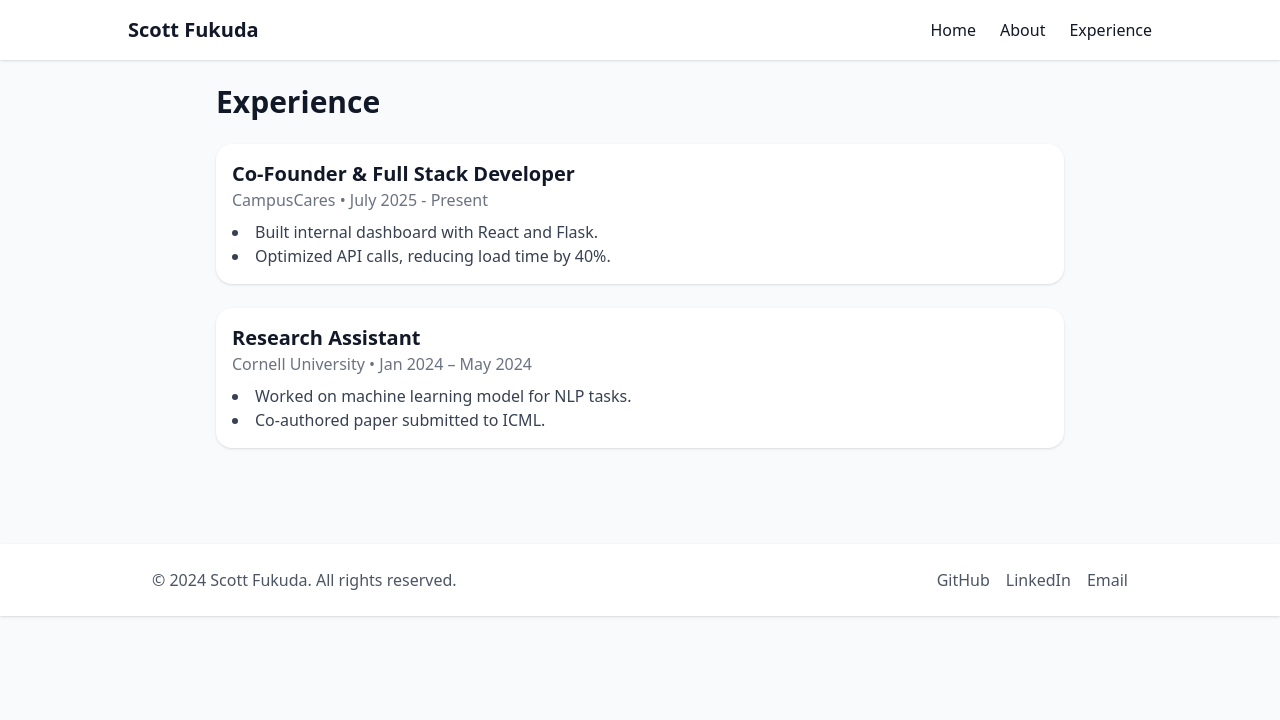
Repository: Scott-Fukuda/personalWebsite
Page: /experience
The author's editor kept a copy of each file at every save. The page is drawn from the files as they stood at one save, then again after the next save.
The browser window is 1280 px wide. The pictures show the whole page.
The project was rebuilt for these pictures with package versions that can differ from the ones it lists, and the page was loaded fresh each time. Also part of the build but not shown: vite.config.js, src/components/ProjectCard.jsx, src/data/projects.jsx, src/pages/Home.jsx, src/pages/About.jsx.

Above is the page before, as saved 2025-08-27 17:11:00.

After the next save:
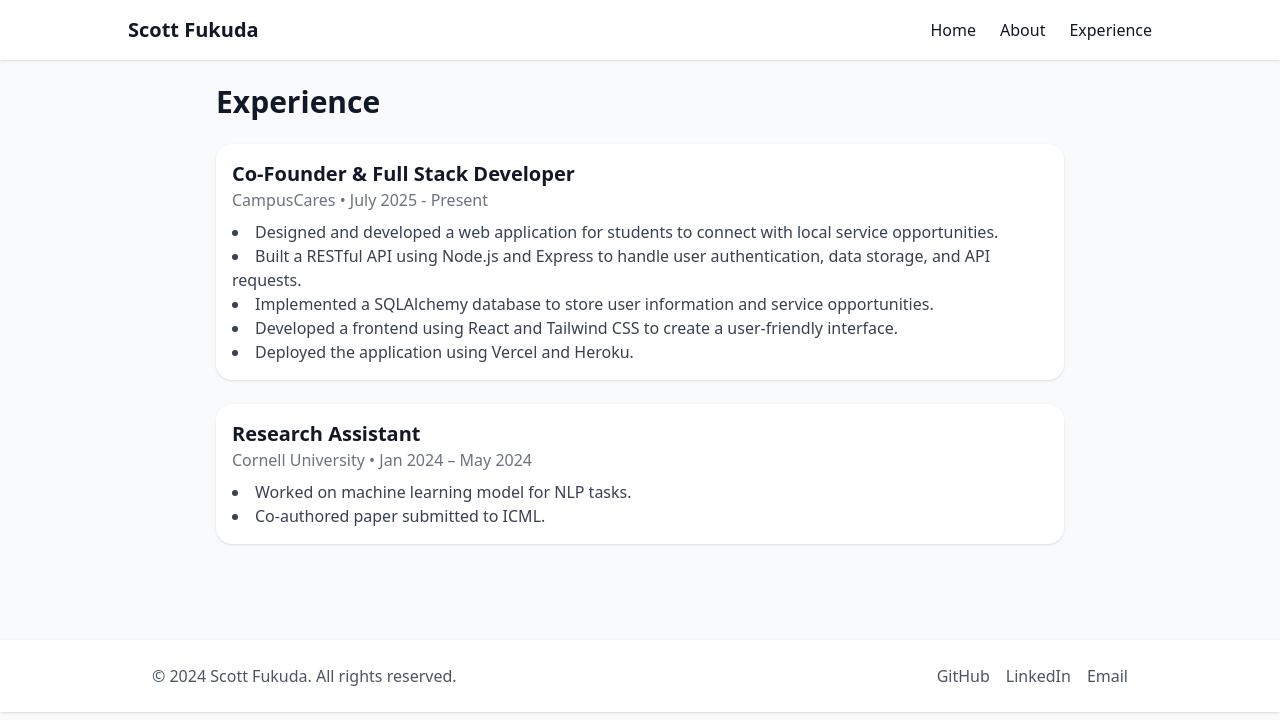
Saved 41 s later.
--- a/src/data/experiences.js
+++ b/src/data/experiences.js
@@ -4,8 +4,11 @@ export const experiences = [
     company: "CampusCares",
     duration: "July 2025 - Present",
     description: [
-      "Built internal dashboard with React and Flask.",
-      "Optimized API calls, reducing load time by 40%.",
+      "Designed and developed a web application for students to connect with local service opportunities.",
+      "Built a RESTful API using Node.js and Express to handle user authentication, data storage, and API requests.",
+      "Implemented a SQLAlchemy database to store user information and service opportunities.",
+      "Developed a frontend using React and Tailwind CSS to create a user-friendly interface.",
+      "Deployed the application using Vercel and Heroku.",
     ],
   },
   {
